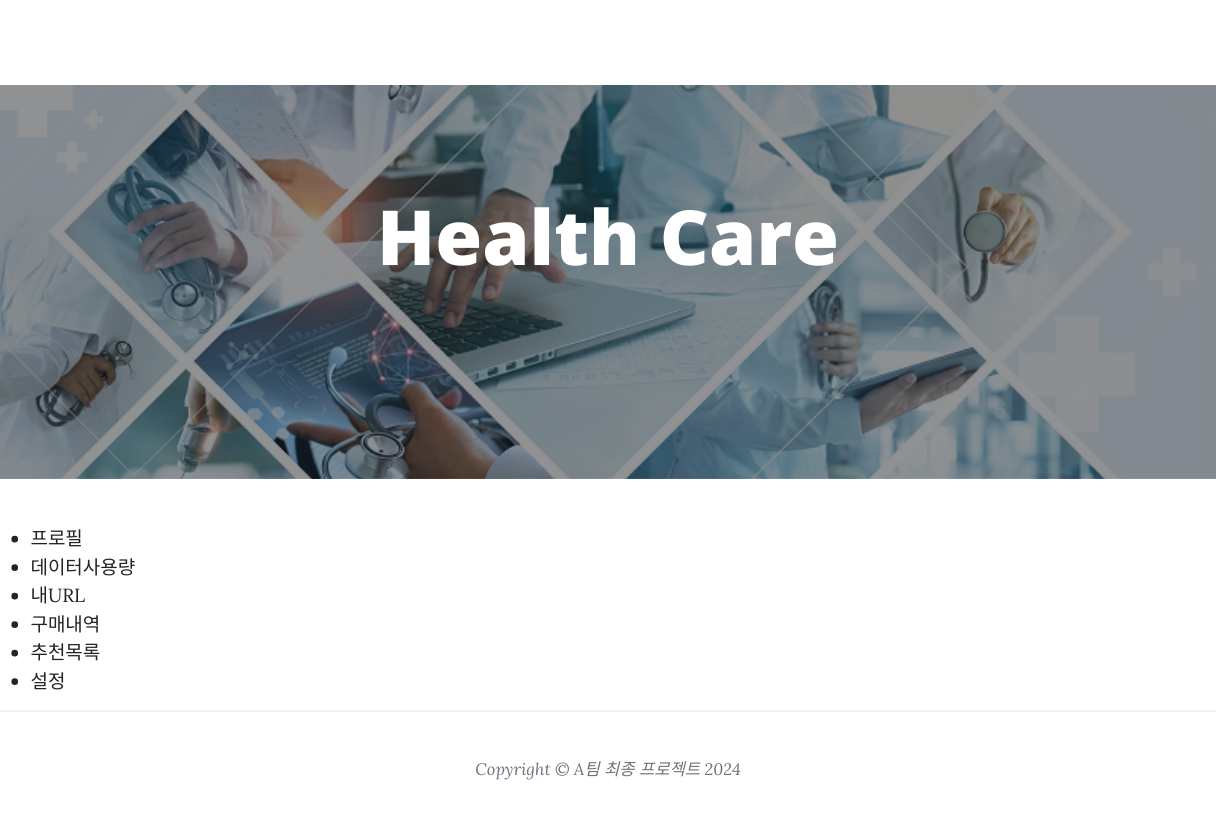
Repository: honsb91/project
Page: http://localhost/hospital/board/patient.jsp
These files come from the project's save history. The page is drawn as it stood at one moment and after the next save; the edit follows.
The browser window is 1280 px wide. The pictures show the whole page, at 95% of full size.
Some web libraries are served in a nearby version. The page is served by Tomcat 9. Nobody is signed in. The application's start-up code is not run. Other server files are loaded and not shown. The template is opened directly, without the code that normally fills it, so the values that code supplies are empty.

Above is the page before, as saved 2024-02-01 05:05:07.

### hospital/src/main/webapp/board/patient.jsp
<%@ page language="java" contentType="text/html; charset=UTF-8"
    pageEncoding="UTF-8"%>
<!DOCTYPE html>
<html>
<head>
<meta charset="UTF-8">
<title>Insert title here</title>
<link rel="stylesheet" href="/resources/css/admin/dashboard.css">
</head>
<%@ include file="/include/header.jsp"%>
<body>
<div class="menu">
    <ul>
    	<div>
        	<li><a href="#" class="item">프로필</a></li>
        </div>
        <li><a href="#" class="item"><div>데이터사용량</div></a></li>
        <li><a href="#" class="item"><div>내URL</div></a></li>
        <li><a href="#" class="item"><div>구매내역</div></a></li>
        <li><a href="#" class="item"><div>추천목록</div></a></li>
        <li><a href="#" class="item"><div>설정</div></a></li>
    </ul>
</div>
<%@ include file="/include/footer.jsp"%>
</body>
</html>

### hospital/src/main/webapp/include/header.jsp
<%@ page language="java" contentType="text/html; charset=UTF-8"
	pageEncoding="UTF-8"%>
<%@ taglib prefix="c" uri="http://java.sun.com/jsp/jstl/core"%>
<meta charset="UTF-8">
<title>Insert title here</title>
<head>
<meta charset="utf-8" />
<meta name="viewport" content="width=device-width, initial-scale=1, shrink-to-fit=no" />
<meta name="description" content="" />
<meta name="author" content="" />
<link rel="icon" type="image/x-icon" href="/resources/assets/favicon.ico" />
<!-- Font Awesome icons (free version)-->
<script src="https://use.fontawesome.com/releases/v6.3.0/js/all.js" crossorigin="anonymous"></script>
<!-- Google fonts-->
<link href="https://fonts.googleapis.com/css?family=Lora:400,700,400italic,700italic" rel="stylesheet" type="text/css" />
<link href="https://fonts.googleapis.com/css?family=Open+Sans:300italic,400italic,600italic,700italic,800italic,400,300,600,700,800"
	rel="stylesheet" type="text/css" />
<!-- Core theme CSS (includes Bootstrap)-->
<link href="/resources/css/styles.css" rel="stylesheet" />
</head>
<body>
	<!-- Navigation-->
	<nav class="navbar navbar-expand-lg navbar-light" id="mainNav">
		<div class="container px-4 px-lg-5">
			<a class="navbar-brand" href="/main">Health Care</a>
			<button class="navbar-toggler" type="button"
				data-bs-toggle="collapse" data-bs-target="#navbarResponsive"
				aria-controls="navbarResponsive" aria-expanded="false"
				aria-label="Toggle navigation">
				Menu <i class="fas fa-bars"></i>
			</button>
			<div class="collapse navbar-collapse" id="navbarResponsive">
				<ul class="navbar-nav ms-auto py-4 py-lg-0 ">
    				<li class="nav-item"><a class="nav-link px-lg-3 py-3 py-lg-4" href="/main">Home</a></li>
    				<!-- 관리자로 로그인시 faq 와 공지사항은 안보이게 처리-->
    				<c:if test="${empty admin}">
    					<li class="nav-item"><a class="nav-link px-lg-3 py-3 py-lg-4" href="/faq">FAQ</a></li>
    					<li class="nav-item"><a class="nav-link px-lg-3 py-3 py-lg-4" href="/notice">공지사항</a></li>
    				</c:if>

    				<c:if test="${empty patient and empty admin}">
        			<!-- 로그인 안 된 경우 -->
        				<li class="nav-item"><a class="nav-link px-lg-3 py-3 py-lg-4" href="/member/login.jsp">로그인</a></li>
        				<li class="nav-item"><a class="nav-link px-lg-3 py-3 py-lg-4" href="/admin/login.jsp">관리자 로그인</a></li>
        				<li class="nav-item"><a class="nav-link px-lg-3 py-3 py-lg-4" href="/member/join.jsp">회원가입</a></li>
    				</c:if>

    				<c:if test="${not empty patient}">
        			<!-- 일반 회원으로 로그인된 경우 -->
        				<li class="nav-item"><a class="nav-link px-lg-3 py-3 py-lg-4" href="/member/logout">로그아웃</a></li>
    				</c:if>

    				<c:if test="${not empty admin}">
        			<!-- 관리자로 로그인된 경우 -->
        				<li class="nav-item"><a class="nav-link px-lg-3 py-3 py-lg-4" href="/admin/dashboard.jsp">환자정보 관리</a></li>
        				<li class="nav-item"><a class="nav-link px-lg-3 py-3 py-lg-4" href="/admin/dashboard.jsp">FAQ 관리</a></li>
        				<li class="nav-item"><a class="nav-link px-lg-3 py-3 py-lg-4" href="/admin/dashboard.jsp">공지사항 관리</a></li>
        				<li class="nav-item"><a class="nav-link px-lg-3 py-3 py-lg-4" href="/admin/logout">로그아웃</a></li>
    				</c:if>
				</ul>
			</div>
		</div>
	</nav>
	<!-- Page Header-->
	<header class="masthead" style="background-image: url('/resources/assets/img/test4.png')">
		<div class="container position-relative px-4 px-lg-5">
			<div class="row gx-4 gx-lg-5 justify-content-center">
				<div class="col-md-10 col-lg-8 col-xl-7">
					<div class="site-heading">
						<h1>Health Care</h1>
					</div>
				</div>
			</div>
		</div>
	</header>

### hospital/src/main/webapp/include/footer.jsp
<%@ page language="java" contentType="text/html; charset=UTF-8"
    pageEncoding="UTF-8"%>
<!DOCTYPE html>
<html>
<head>
<meta charset="UTF-8">
<title>Insert title here</title>
</head>
<body>
<footer class="border-top">
		<div class="container px-4 px-lg-5">
			<div class="row gx-4 gx-lg-5 justify-content-center">
				<div class="col-md-10 col-lg-8 col-xl-7">
					<div class="small text-center text-muted fst-italic">Copyright
						&copy; A팀 최종 프로젝트 2024</div>
				</div>
			</div>
		</div>
	</footer>
	<!-- Bootstrap core JS-->
	<script
		src="https://cdn.jsdelivr.net/npm/bootstrap@5.2.3/dist/js/bootstrap.bundle.min.js"></script>
	<!-- Core theme JS-->
	<script src="js/scripts.js"></script>
</body>
</html>

### hospital/src/main/webapp/resources/js/scripts.js
/*!
* Start Bootstrap - Clean Blog v6.0.9 (https://startbootstrap.com/theme/clean-blog)
* Copyright 2013-2023 Start Bootstrap
* Licensed under MIT (https://github.com/StartBootstrap/startbootstrap-clean-blog/blob/master/LICENSE)
*/
window.addEventListener('DOMContentLoaded', () => {
    let scrollPos = 0;
    const mainNav = document.getElementById('mainNav');
    const headerHeight = mainNav.clientHeight;
    window.addEventListener('scroll', function() {
        const currentTop = document.body.getBoundingClientRect().top * -1;
        if ( currentTop < scrollPos) {
            // Scrolling Up
            if (currentTop > 0 && mainNav.classList.contains('is-fixed')) {
                mainNav.classList.add('is-visible');
            } else {
                console.log(123);
                mainNav.classList.remove('is-visible', 'is-fixed');
            }
        } else {
            // Scrolling Down
            mainNav.classList.remove(['is-visible']);
            if (currentTop > headerHeight && !mainNav.classList.contains('is-fixed')) {
                mainNav.classList.add('is-fixed');
            }
        }
        scrollPos = currentTop;
    });
})

Loaded but not shown: hospital/src/main/webapp/resources/css/styles.css (library); hospital/resources/css/admin/dashboard.css (no stored copy; drawn as an empty file)

After the next save:
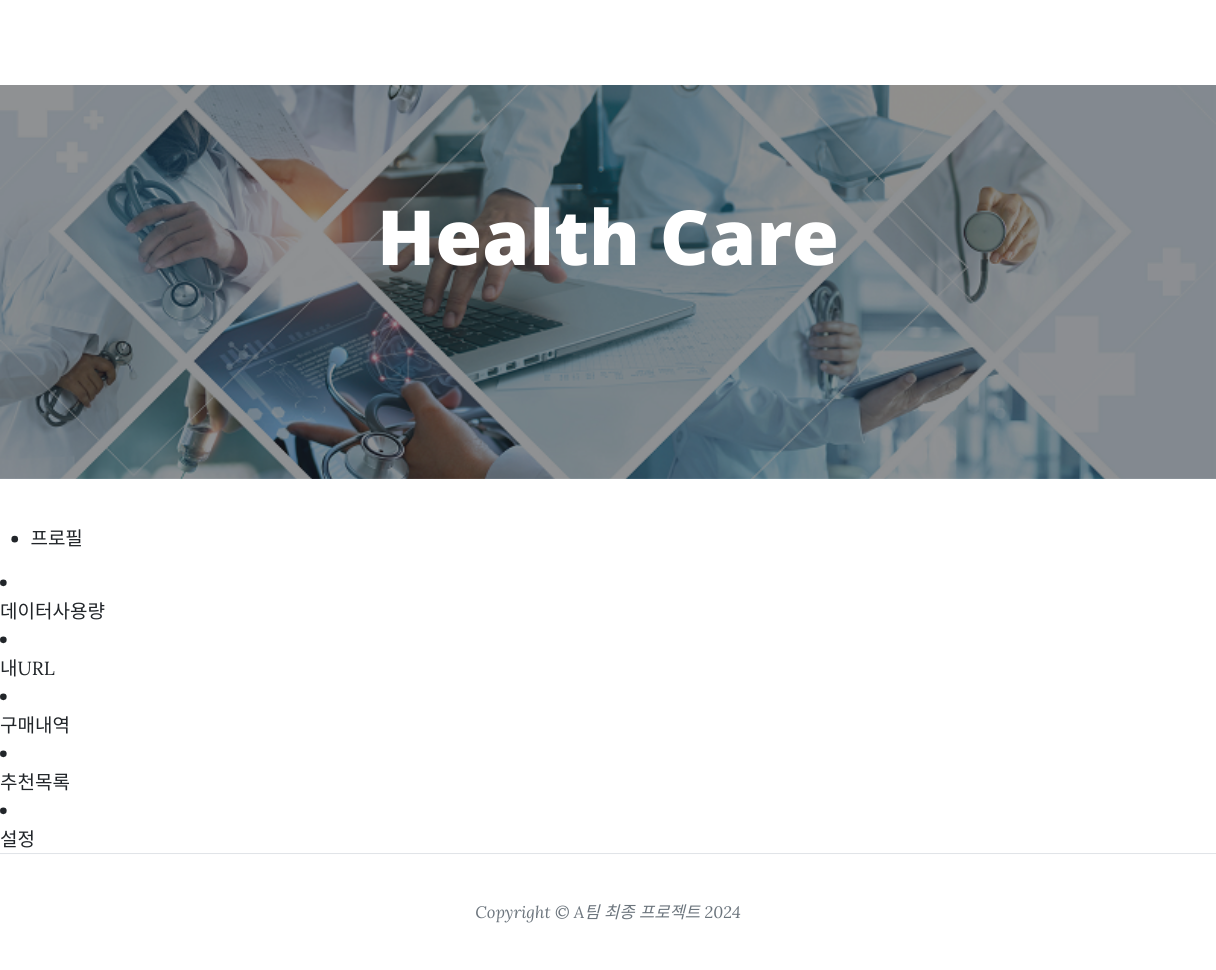
Saved 7 s later.
--- a/hospital/src/main/webapp/board/patient.jsp
+++ b/hospital/src/main/webapp/board/patient.jsp
@@ -11,9 +11,7 @@
 <body>
 <div class="menu">
     <ul>
-    	<div>
-        	<li><a href="#" class="item">프로필</a></li>
-        </div>
+        <li><a href="#" class="item">프로필</div></a></li>
         <li><a href="#" class="item"><div>데이터사용량</div></a></li>
         <li><a href="#" class="item"><div>내URL</div></a></li>
         <li><a href="#" class="item"><div>구매내역</div></a></li>

After the save that followed:
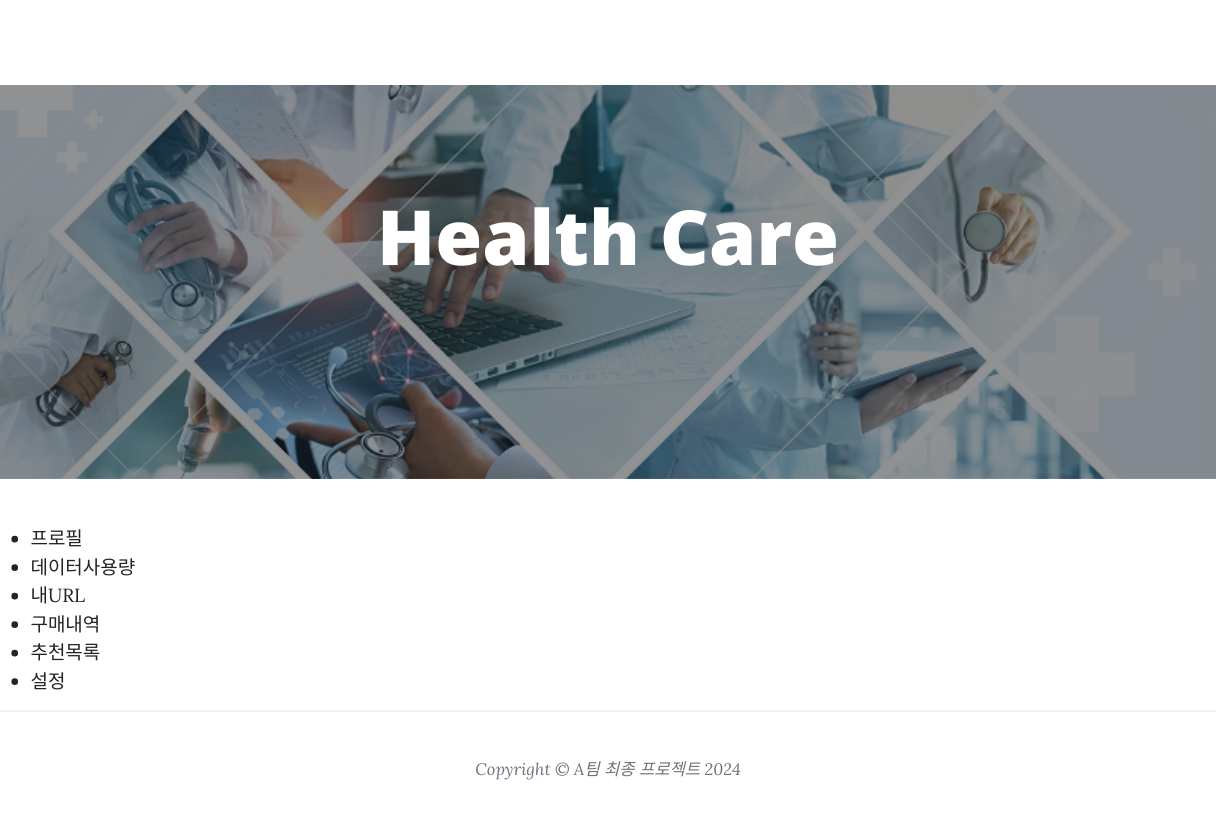
Saved 1 s later.
--- a/hospital/src/main/webapp/board/patient.jsp
+++ b/hospital/src/main/webapp/board/patient.jsp
@@ -11,7 +11,7 @@
 <body>
 <div class="menu">
     <ul>
-        <li><a href="#" class="item">프로필</div></a></li>
+        <li><a href="#" class="item"><div>프로필</div></a></li>
         <li><a href="#" class="item"><div>데이터사용량</div></a></li>
         <li><a href="#" class="item"><div>내URL</div></a></li>
         <li><a href="#" class="item"><div>구매내역</div></a></li>
